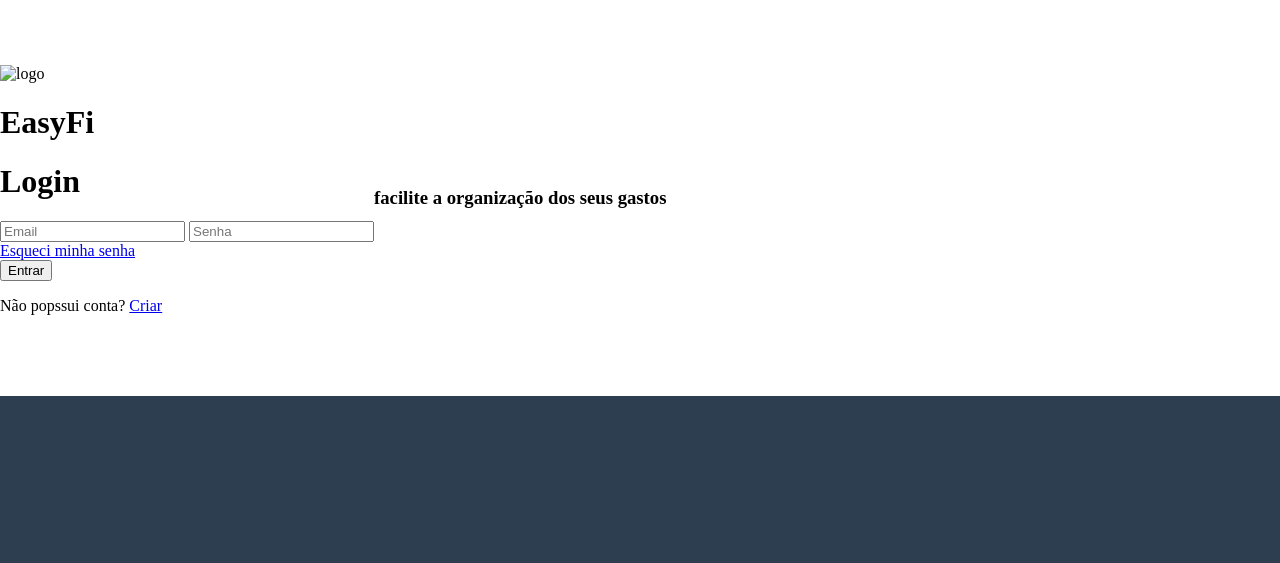
Repository: Ingridiag/projeto-engenharia
Page: login.html
These files come from the project's save history. The page is drawn as it stood at one moment and after the next save; the edit follows.
The browser window is 1280 px wide. The pictures show the whole page.

Above is the page before, as saved 2024-10-28 15:15:50.

### login.html
<!DOCTYPE html>
<html lang="pt">

<head>
    <meta charset="UTF-8">
    <meta name="viewport" content="width=device-width, initial-scale=1.0">
    <link rel="stylesheet" href="style.css">
    <title>Login</title>
</head>

<body>
    <div class="container">

        <!-- Tela Login -->
        <div class="login">
            <div class="primeira-coluna">
                <div>
                    <img src="#" alt="logo">
                    <h1>EasyFi</h1>
                </div>
                <div>
                    <h1 class="title">Login</h1>
                    <form>
                        <input type="email" placeholder="Email">
                        <input type="password" placeholder="Senha">
                    </form>
                    <div>
                        <a href="#" class="link">Esqueci minha senha</a>

                    </div>
                    <div class="btn-default">
                        <button>
                            Entrar
                        </button>
                    </div>
                    <div>
                        <p>Não popssui conta?
                            <span>
                                <a href="#" class="link">Criar</a>
                            </span>
                        </p>
                    </div>
                </div>
            </div>
            <div class="segunda-coluna">
                <h3 class="mensagem">
                    facilite a organização dos seus gastos
                </h3>
            </div>
        </div>



        <div class="cadastro">
            <!-- Tela Cadastro -->
            <div class="primeira-coluna">
                <h3 class="mensagem">
                    facilite a organização dos seus gastos
                </h3>
            </div>

            <div class="segunda-coluna">
                <div>
                    <img src="#" alt="logo">
                    <h1>EasyFi</h1>
                </div>
                <div>
                    <h1 class="title">Criar Conta</h1>
                    <form>
                        <input type="text" placeholder="Nome">
                        <input type="email" placeholder="Email">
                        <input type="password" placeholder="Senha">
                        <input type="password" placeholder=" Confirmar senha">
                    </form>
                    <div>
                        <a href="#" class="link">Esqueci minha senha</a>

                    </div>
                    <div class="btn-default">
                        <button>
                            Entrar
                        </button>
                    </div>
                    <div>
                        <p>Já possui conta?
                            <span>
                                <a href="#" class="link">Login</a>
                            </span>
                        </p>
                    </div>
                </div>
            </div>
        </div>


    </div>

</body>

</html>

### style.css
body {
    margin: 0;
    padding: 0;
    box-sizing: border-box;
    background: #2C3E50;
}
.container{
    display: flex;
}

.login{
    width: 100%;
    height: 55vh;
    padding: ;
    display: flex;
    align-items: center;
    background: #fff;
}

.cadastro{
    display: none;
    flex-direction: column;
    position: relative;
}

After the next save:
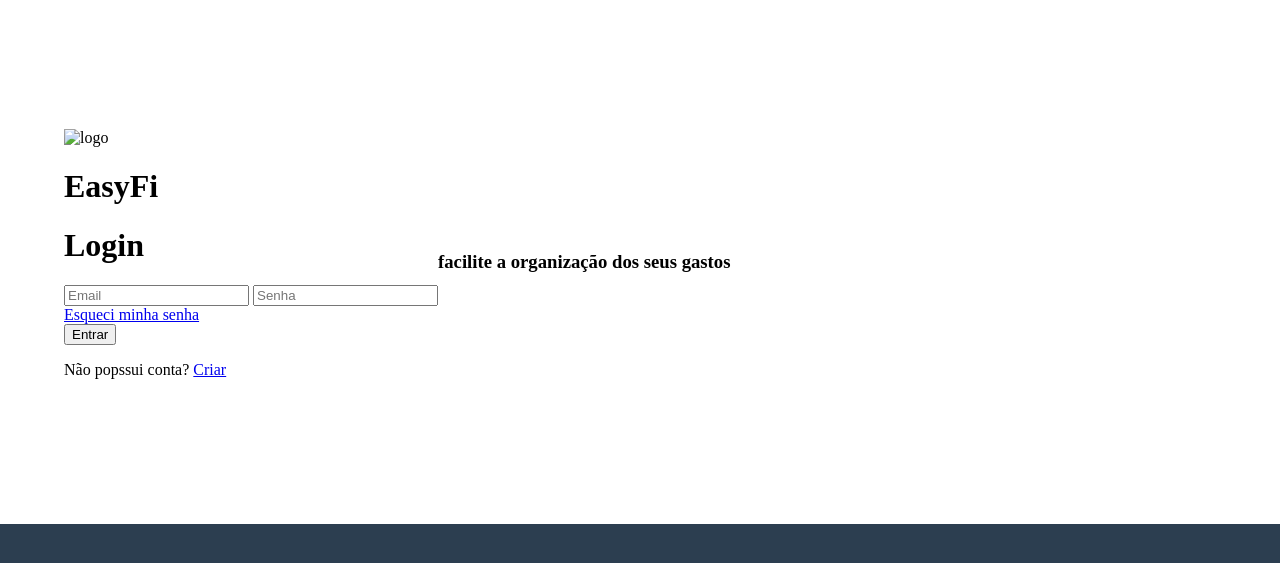
Saved 4 s later.
--- a/style.css
+++ b/style.css
@@ -11,7 +11,7 @@ body {
 .login{
     width: 100%;
     height: 55vh;
-    padding: ;
+    padding: 5%;
     display: flex;
     align-items: center;
     background: #fff;
